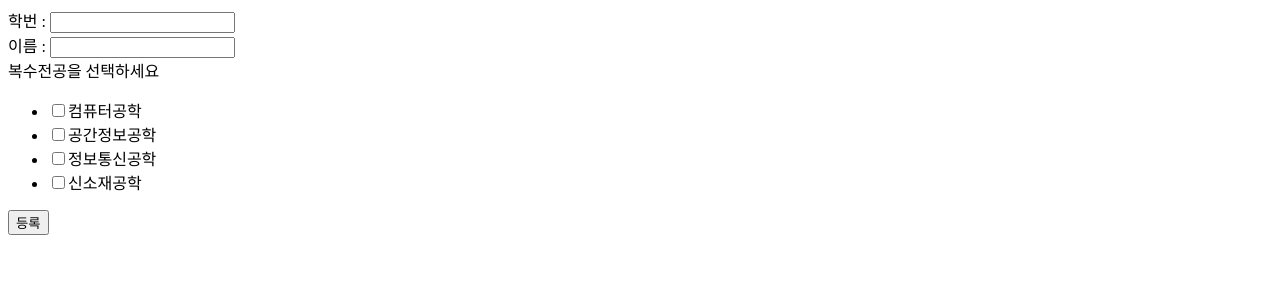
Repository: hyungryuk-zz/JAVA_CLASS
Page: http://localhost/JavaEEPrj/broker/resCustomer.jsp
An editor plug-in stored every save of this project. The page is shown before and after the next save, followed by the edit.
The browser window is 1280 px wide. The pictures show the whole page.
The page is served by Tomcat 9. Other server files are loaded and not shown.

Above is the page before, as saved 2017-07-24 05:54:26.

### JavaEEPrj/WebContent/broker/resCustomer.jsp
<%@ page language="java" contentType="text/html; charset=UTF-8"
    pageEncoding="UTF-8"%>
<!DOCTYPE html PUBLIC "-//W3C//DTD HTML 4.01 Transitional//EN" "http://www.w3.org/TR/html4/loose.dtd">
<html>
<head>
<meta http-equiv="Content-Type" content="text/html; charset=UTF-8">
<title>Insert title here</title>
</head>
<body>
	<form method="POST" action="broker">
	학번 : <input type="number" name="studentId"><br>
	이름 : <input type="text" name = "studentName"><br>
	복수전공을 선택하세요<br>
	<ul>
	<li><input type ="checkbox" name ="major" value ="컴퓨터공학">컴퓨터공학</li>
	<li><input type ="checkbox" name ="major" value ="공간정보공학">공간정보공학</li>
	<li><input type ="checkbox" name ="major" value ="정보통신공학">정보통신공학</li>
	<li><input type ="checkbox" name ="major" value ="신소재공학">신소재공학</li>
	</ul>
	<input type="submit" value="등록">
	</form>
</body>
</html>

After the next save:
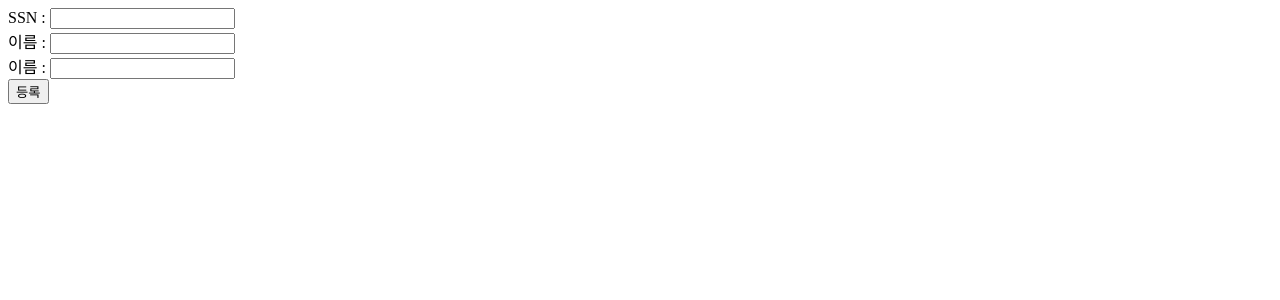
Saved 40 s later.
--- a/JavaEEPrj/WebContent/broker/resCustomer.jsp
+++ b/JavaEEPrj/WebContent/broker/resCustomer.jsp
@@ -8,15 +8,9 @@
 </head>
 <body>
 	<form method="POST" action="broker">
-	학번 : <input type="number" name="studentId"><br>
-	이름 : <input type="text" name = "studentName"><br>
-	복수전공을 선택하세요<br>
-	<ul>
-	<li><input type ="checkbox" name ="major" value ="컴퓨터공학">컴퓨터공학</li>
-	<li><input type ="checkbox" name ="major" value ="공간정보공학">공간정보공학</li>
-	<li><input type ="checkbox" name ="major" value ="정보통신공학">정보통신공학</li>
-	<li><input type ="checkbox" name ="major" value ="신소재공학">신소재공학</li>
-	</ul>
+	SSN : <input type="number" name="ssn"><br>
+	이름 : <input type="text" name = "name"><br>
+	이름 : <input type="text" name = "addr"><br>
 	<input type="submit" value="등록">
 	</form>
 </body>

After the save that followed:
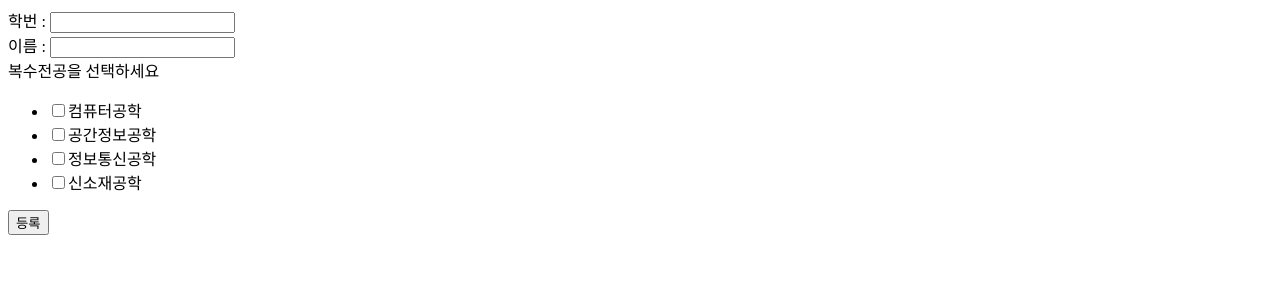
Saved 16 s later.
--- a/JavaEEPrj/WebContent/broker/resCustomer.jsp
+++ b/JavaEEPrj/WebContent/broker/resCustomer.jsp
@@ -7,11 +7,17 @@
 <title>Insert title here</title>
 </head>
 <body>
-	<form method="POST" action="broker">
-	SSN : <input type="number" name="ssn"><br>
-	이름 : <input type="text" name = "name"><br>
-	이름 : <input type="text" name = "addr"><br>
-	<input type="submit" value="등록">
+		<form method="POST" action="studentController">
+		학번 : <input type="number" name="studentId"><br>
+		이름 : <input type="text" name = "studentName"><br>
+		복수전공을 선택하세요<br>
+		<ul>
+		<li><input type ="checkbox" name ="major" value ="컴퓨터공학">컴퓨터공학</li>
+		<li><input type ="checkbox" name ="major" value ="공간정보공학">공간정보공학</li>
+		<li><input type ="checkbox" name ="major" value ="정보통신공학">정보통신공학</li>
+		<li><input type ="checkbox" name ="major" value ="신소재공학">신소재공학</li>
+		</ul>
+		<input type="submit" value="등록">
 	</form>
 </body>
 </html>
